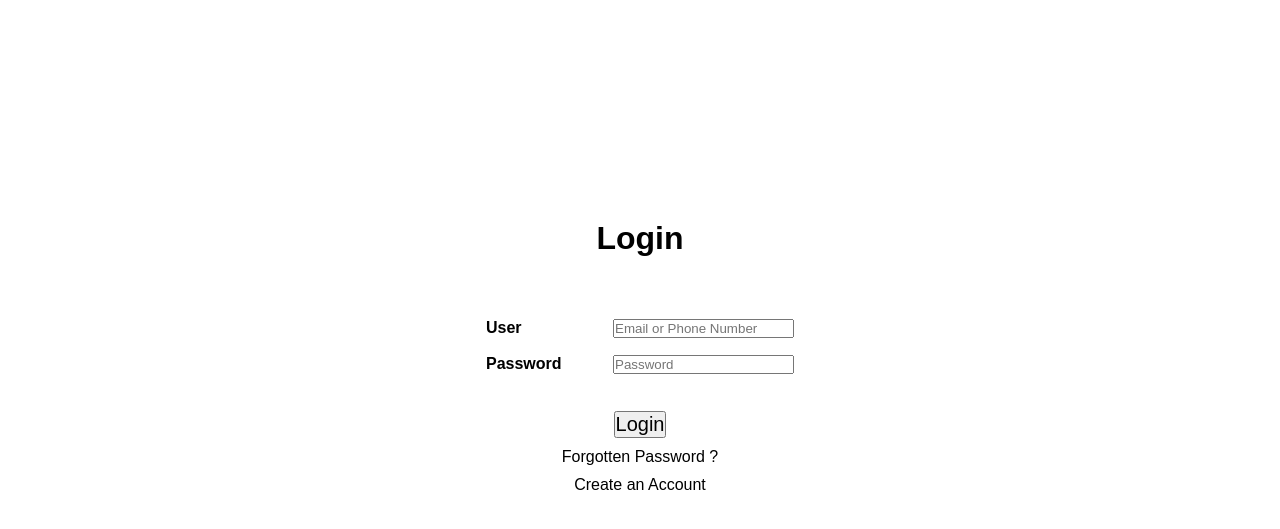
Repository: Naohonproject/web101x02_asm1
Page: login.html
These files come from the project's save history. The page is drawn as it stood at one moment and after the next save; the edit follows.
The browser window is 1280 px wide. The pictures show the whole page.

Above is the page before, as saved 2022-01-15 23:49:37.

After the next save:
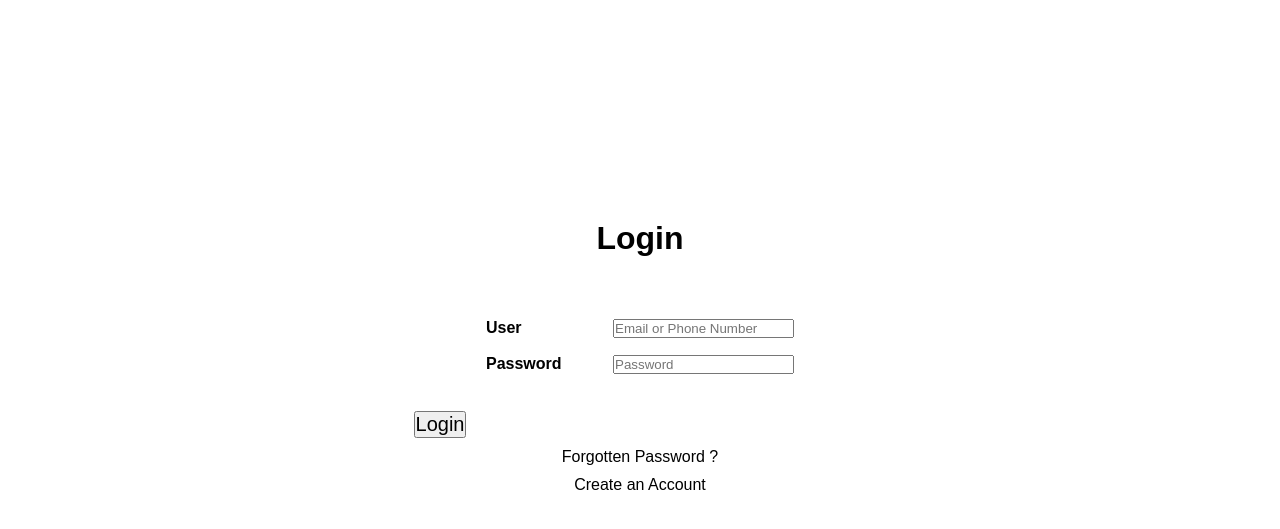
Saved 48 s later.
--- a/assets/css/style.css
+++ b/assets/css/style.css
@@ -220,6 +220,9 @@
 	padding: 5px 0;
 }
 
+.btn-block .btn {
+	width: 100px;
+}
 .btn-block .btn button {
 	font-size: 20px;
 }

After the save that followed:
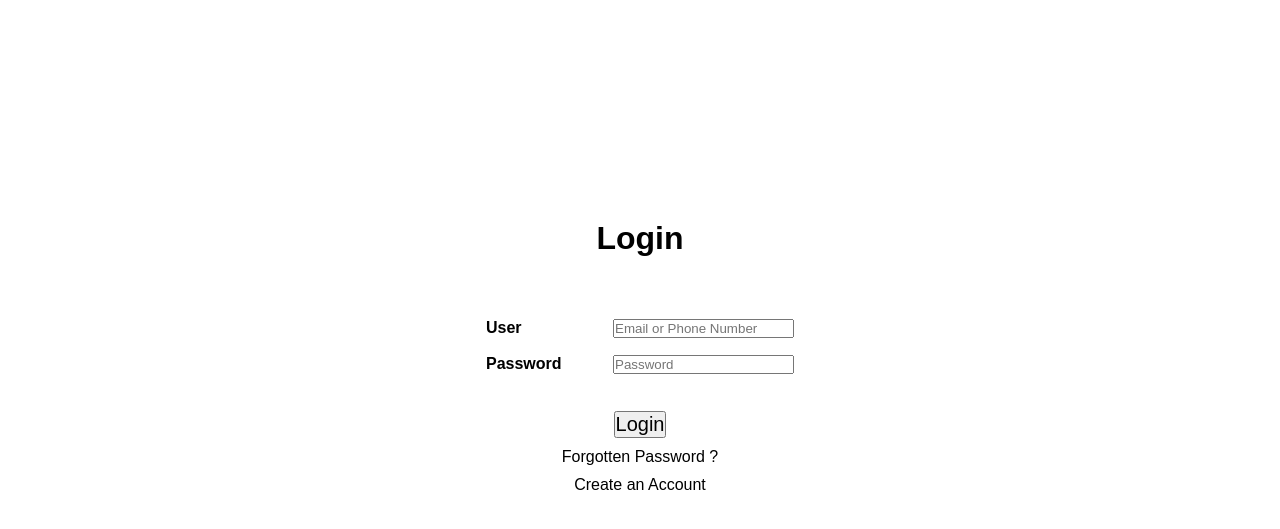
Saved 11 s later.
--- a/assets/css/style.css
+++ b/assets/css/style.css
@@ -221,7 +221,7 @@
 }
 
 .btn-block .btn {
-	width: 100px;
+	width: 100%;
 }
 .btn-block .btn button {
 	font-size: 20px;
